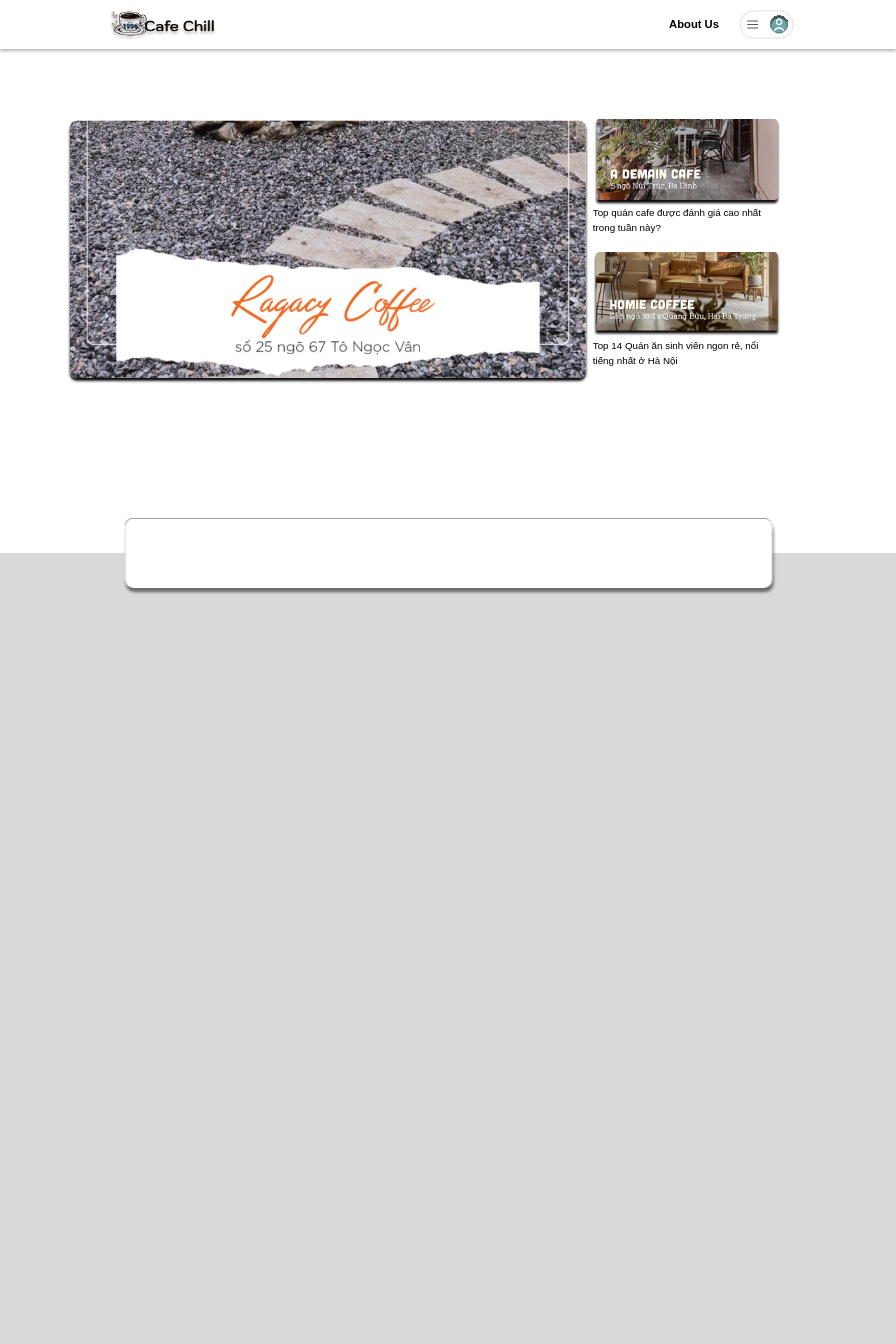
Repository: eriklehnsher/CafeReview-Vue3
Page: /
These files come from the project's save history. The page is drawn as it stood at one moment and after the next save; the edit follows.
The browser window is 1280 px wide. The pictures show the part of the page from y = 0 to 1920 px (the page is 7200 px tall), at 70% of full size.
Some web fonts or font styles are not loaded; a fallback is used. The project was rebuilt for these pictures with package versions that can differ from the ones it lists, and the page was loaded fresh each time. Also part of the build but not shown: vue.config.js.

Above is the page before, as saved 2023-10-06 16:29:20.

After the next save:
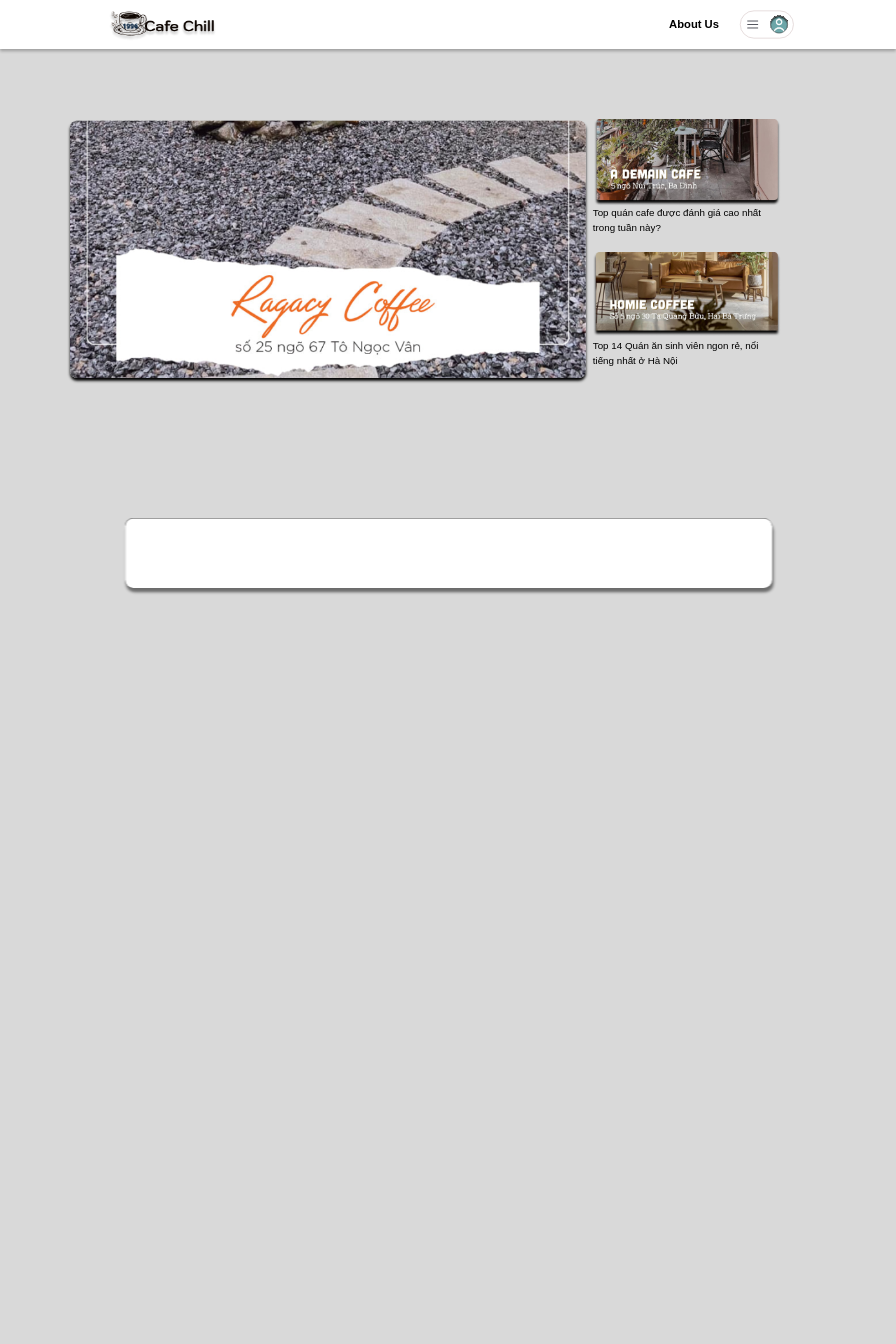
Saved 26 s later.
--- a/src/components/HomePage.vue
+++ b/src/components/HomePage.vue
@@ -80,8 +80,10 @@
   justify-content: center;
   align-items: center;
 }
+.homepage-bg {
+  background-color: #fff;
+}
 .banner {
-  background-color: #fff;
   padding: 100px 100px;
   height: 100vh;
 }

After the 5 saves that followed:
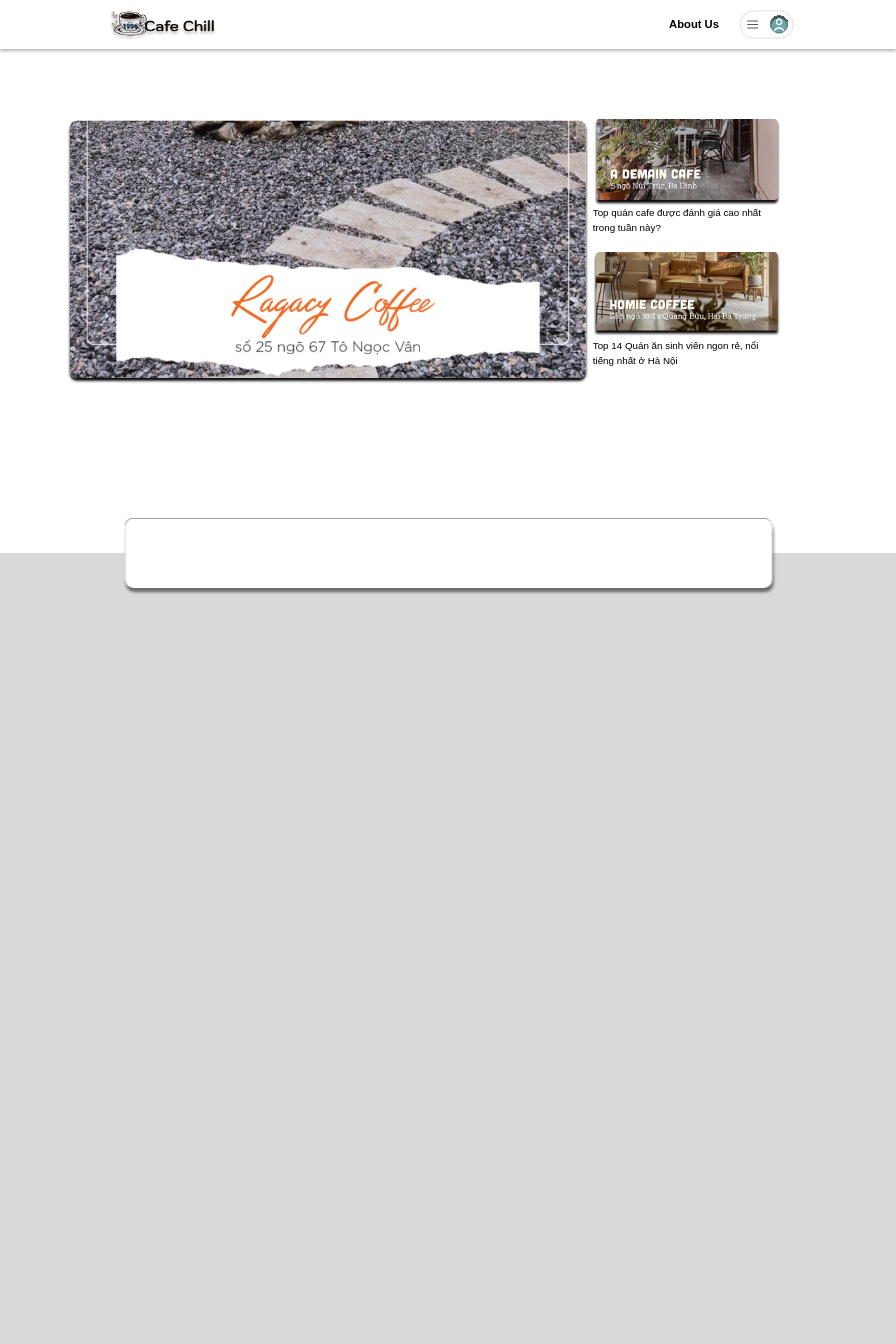
The 5 saves are shown as one change because 1 did not build or start and 3 left the picture as it was.
The last was saved 4 min 2 s later.
--- a/src/components/HomePage.vue
+++ b/src/components/HomePage.vue
@@ -1,6 +1,6 @@
 <template>
   <div class="homepage">
-    <div class="hompage-bg">
+
       <div class="banner">
         <div class="banner-flex d-flex">
           <div class="">
@@ -61,7 +61,7 @@
             </div>
           </div>
         </div>
-      </div>
+
     </div>
 
     <div class="search-box"></div>
@@ -80,10 +80,9 @@
   justify-content: center;
   align-items: center;
 }
-.homepage-bg {
+
+.banner {
   background-color: #fff;
-}
-.banner {
   padding: 100px 100px;
   height: 100vh;
 }
